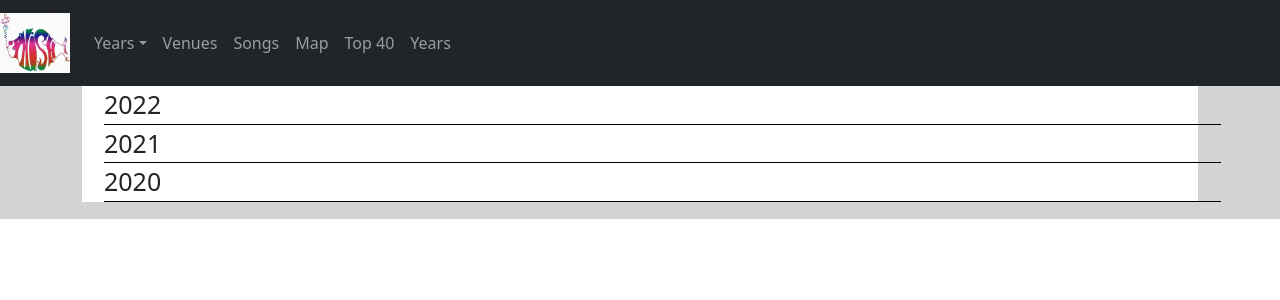
Repository: Jcparks84/gonePhishin
Page: / (app in my-app/)
These files come from the project's save history. The page is drawn as it stood at one moment and after the next save; the edit follows.
The browser window is 1280 px wide. The pictures show the whole page.
The page's requests for data from a server got no answer. The project was rebuilt for these pictures with package versions that can differ from the ones it lists, and the page was loaded fresh each time. No one was signed in, and anything a server would have sent is missing. Also part of the build but not shown: my-app/src/components/audioPlayer/audioPlayer.js.

Above is the page before, as saved 2022-08-16 18:25:08.

### my-app/src/App.js
import './App.css';
import AudioPlayer from './components/audioPlayer/audioPlayer';
import Navbar from './components/navbar/navBar'
import YearPage from './pages/yearPage/yearPage';



function App() {
  const apiKey = process.env.REACT_APP_API_KEY


  return (
    <div className="App">
      <div>
      <Navbar fixed="top" />
      </div>
      <div>
        <YearPage/>
      </div>
      <div>
        {/* <AudioPlayer/> */}
      </div>

    </div>

  );
}

export default App;

### my-app/src/App.css
.App {
  text-align: center;
  background-color: #d3d3d3;
}

.App-logo {
  height: 40vmin;
  pointer-events: none;
}

@media (prefers-reduced-motion: no-preference) {
  .App-logo {
    animation: App-logo-spin infinite 20s linear;
  }
}

.App-header {
  background-color: #282c34;
  min-height: 100vh;
  display: flex;
  flex-direction: column;
  align-items: center;
  justify-content: center;
  font-size: calc(10px + 2vmin);
  color: white;
}

.App-link {
  color: #61dafb;
}

@keyframes App-logo-spin {
  from {
    transform: rotate(0deg);
  }
  to {
    transform: rotate(360deg);
  }
}

### my-app/src/components/navbar/navBar.js
import logo from '../images/phish.png'
import './navBar.css';
import 'bootstrap/dist/css/bootstrap.css'
import { Nav, Navbar, NavDropdown } from 'react-bootstrap'
import AudioPlayer from '../audioPlayer/audioPlayer';
import YearPage from '../../pages/yearPage/yearPage';



function NavBar() {
  return (
    <div className="navBar">
      <Navbar bg="dark" variant="dark"
        sticky="top" expand="sm" collapseOnSelect>
        <Navbar.Brand>
          <img src={logo} width="70px" height="60px" />{' '}
        </Navbar.Brand>

        <Navbar.Toggle className="coloring" />
        <Navbar.Collapse>
          <Nav>
            <NavDropdown title="Years">
              <NavDropdown.Item href="#years/2021">2021</NavDropdown.Item>
              <NavDropdown.Item href="#years/2020">2020</NavDropdown.Item>
              <NavDropdown.Item href="#years/2019">2019</NavDropdown.Item>
            </NavDropdown>
            <Nav.Link href="#Venues">Venues</Nav.Link>
            <Nav.Link href="#contact-us">Songs</Nav.Link>
            <Nav.Link href="#contact-us">Map</Nav.Link>
            <Nav.Link href="#contact-us">Top 40</Nav.Link>
            <Nav.Link path="#years">{YearPage}Years</Nav.Link>

          </Nav>
        </Navbar.Collapse>

      </Navbar>
    </div>
  );
}


export default NavBar;

### my-app/src/pages/yearPage/yearPage.js
import React from 'react'
import './yearPage.css'


function YearPage(){
    return(
        <div className='container'>
            <body>
                <ul>
                    <li>2022</li>
                    <li>2021</li>
                    <li>2020</li>
                </ul>
            </body>
        </div>
    )
}

export default YearPage;

### my-app/src/components/navbar/navBar.css
.bg-myRed{
    background-color: crimson;
  }

  .content{
    padding: 12px;
    height: 3000px;
  }

  .coloring{
    color: black;
  }

  nav.link {
    align-items: center;
  }

### my-app/src/pages/yearPage/yearPage.css

.container {
    border-bottom: 1px solid #D1D1D1;
    color: #8C4600;
    font-family: "Trebuchet MS", Arial, Helvetica, sans-serif;
    font-weight: bold;
    font-size: 15px;}

body {
    margin: 0px;
    padding: 0px;
 }


li {
    text-align: left;
    font-size: 25px;
    border-bottom:solid black 1px;
    width:103%;
    margin-left:-10px;
}

ul {
    list-style-type: none;
}

Loaded but not shown: my-app/public/index.html (common file); my-app/src/index.js (common file); my-app/src/index.css (common file); my-app/src/reportWebVitals.js (common file)

After the next save:
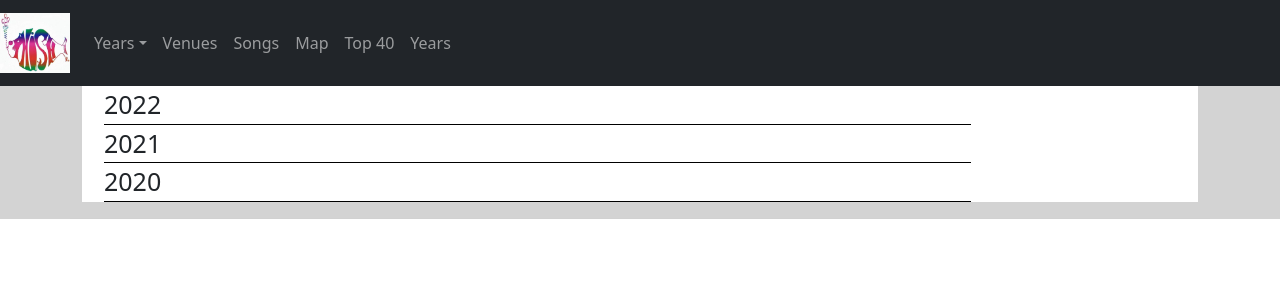
Saved 29 s later.
--- a/my-app/src/pages/yearPage/yearPage.css
+++ b/my-app/src/pages/yearPage/yearPage.css
@@ -16,8 +16,7 @@ li {
     text-align: left;
     font-size: 25px;
     border-bottom:solid black 1px;
-    width:103%;
-    margin-left:-10px;
+    width: 80%;    margin-left:-10px;
 }
 
 ul {
